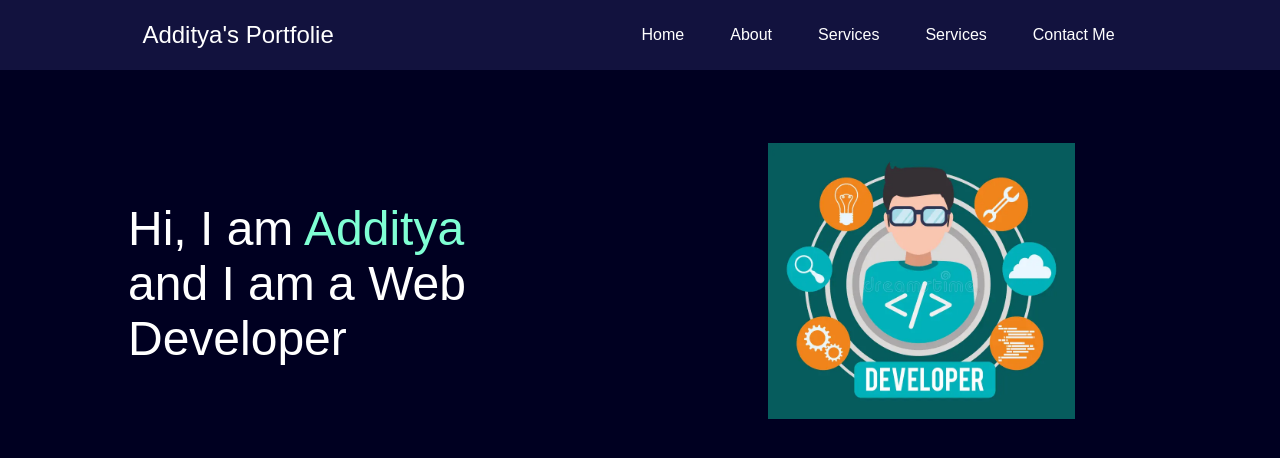
Repository: VictoriousMango/Portfolio
Page: index.html
The author's editor kept a copy of each file at every save. The page is drawn from the files as they stood at one save, then again after the next save.
The browser window is 1280 px wide. The pictures show the whole page.

Above is the page before, as saved 2023-08-27 09:36:16.

### index.html
<!DOCTYPE html>
<html lang="en">

<head>
    <meta charset="UTF-8">
    <meta name="viewport" content="width=device-width, initial-scale=1.0">
    <title>Additya - Developer Portfolio</title>
    <style>
        * {
            margin: 0;
            padding: 0;
        }

        body {
            background-color: rgb(0, 0, 33);
            color: white;
            font-family: 'Poppins', sans-serif;
        }
        nav{
            display: flex;
            justify-content: space-around;
            align-items: center;
            height: 70px;
            background-color: rgb(18, 18, 62);
        }
        nav ul{
            display: flex;
            justify-content: center;
        }
        nav ul li {
            list-style: none;
            margin: 0 23px;
        }
        .left {
            font-size: 1.5rem;
        }
        .firstSection{
            display: flex;
            justify-content: space-around;
            align-items: center;
            margin: 23px 0;
        }
        .firstSection > div{
            width: 30%;
        }
        .leftSection{
            font-size: 3rem;
        }
        /* .rightSection{
            background-color: red;
        } */
        .rightSection img{
            width: 80%;
            margin: 50px 0;
        }
        .purple{
            color:aquamarine;
        }
    </style>
</head>

<body>
    <header>
        <nav>
            <div class="left">Additya's Portfolie</div>
            <div class="right">
                <ul>
                    <a href="/"></a><li>Home</li>
                    <li>About</li>
                    <li>Services</li>
                    <li>Services</li>
                    <li>Contact Me</li>
                </ul>
            </div>
        </nav>
    </header>

    <main>
        <section class="firstSection">
            <div class="leftSection">
                Hi, I am <span class="purple">Additya</span>
                <div>and I am a Web Developer</div>
            </div>
            <div class="rightSection"><img src="Web Dev.webp" alt=""></div>
        </section>
    </main>
</body>

</html>

After the next save:
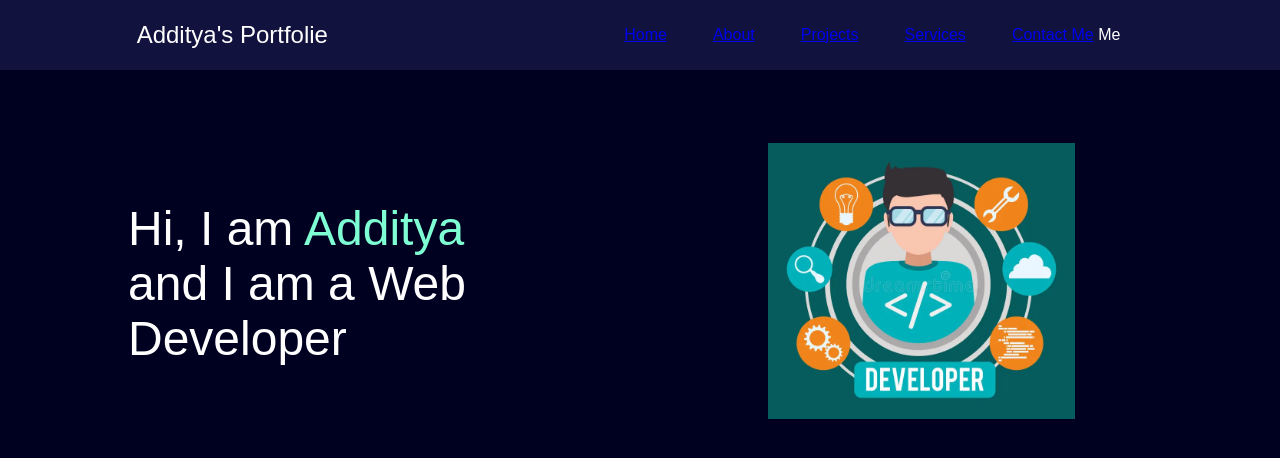
Saved 106 s later.
--- a/index.html
+++ b/index.html
@@ -65,11 +65,11 @@
             <div class="left">Additya's Portfolie</div>
             <div class="right">
                 <ul>
-                    <a href="/"></a><li>Home</li>
-                    <li>About</li>
-                    <li>Services</li>
-                    <li>Services</li>
-                    <li>Contact Me</li>
+                    <li><a href="/">Home</a></li>
+                    <li><a href="/">About</a></li>
+                    <li><a href="/">Projects</a></li>
+                    <li><a href="/">Services</a></li>
+                    <li><a href="/">Contact Me</a> Me</li>
                 </ul>
             </div>
         </nav>
